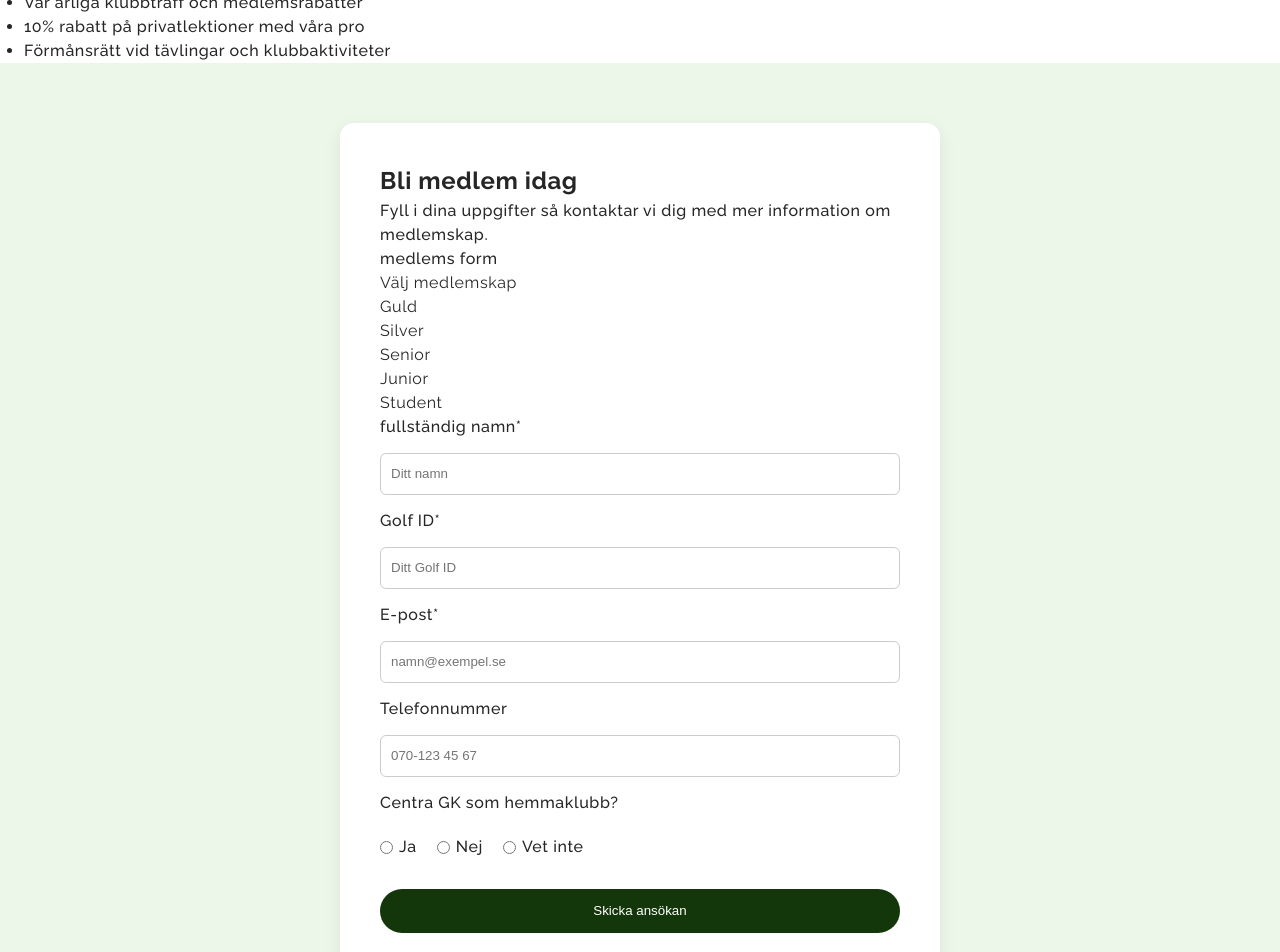
Repository: Tamana831/GolfklubbCentar
Page: Medlem.html
The author's editor kept a copy of each file at every save. The page is drawn from the files as they stood at one save, then again after the next save.
The browser window is 1280 px wide. The pictures show the part of the page from y = 1361 to 2313 px (the page is 2774 px tall before and 2630 px after).
A picture or video elsewhere on the page could not be fetched, so the positions and the page height are approximate.

Above is the page before, as saved 2025-10-23 23:16:49.

### Medlem.html
<!DOCTYPE html>
<html lang="sv">
  <head>
    <meta charset="UTF-8" />
    <meta name="viewport" content="width=device-width, initial-scale=1.0" />
    <title>Design element</title>
    <!-- variables.css och base.css måste ligga överst då vi vill att den ska läsas in först -->
    <link rel="stylesheet" href="styles/variables.css" />
    <link rel="stylesheet" href="styles/base.css" />
    <link rel="stylesheet" href="styles/medlem.css" />
  </head>
  <body>
    <!-- Sätter färg hela vägen ut -->
    <header class="bg-green-mid">
      <!-- Nedan div för att sätta maxbredd på sidan -->
      <nav class="container main-nav-wrapper">
        <a href="#"
          ><img
            src="images/centar_logotype_primary_dark.svg"
            alt="Centar logotype"
            class="logotype"
        /></a>
        <input type="checkbox" id="menu-toggle" />
        <label for="menu-toggle" class="menu-button-container">
          <span class="menu-button"></span>
          <!--inline-->
        </label>
        <div class="menu-wrapper">
            <ul>
            <li><a href="spelagolf.html">Spela Golf</a></li>
            <li><a href="medlem.html">Medlem</a></li>
            <li><a href="klubben.html">Klubben</a></li>
            <li><a href="tavling.html">Tävlingar</a></li>
            <li><a href="foretag.html">Företag</a></li>
            <li><a href="restaurang.html">Restaurang</a></li>
            <li><a href="golfshop.html">Golfshop</a></li>
            <li><a href="kontakt.html">Kontakt</a></li>
          </ul>
          <a href="#" class="button btn-primary-outline">Logga in</a>
        </div>
      </nav>
    </header>

  <!-- RUBRIK -->
    <section class="container">
      <div class="page-header">
        <h1 class="page-title">Medlemskap på Centar Golfklubb</h1>
      </div>
    </section>

    <!-- MEDLEMSKORT -->

    <section class="memberships">
    <p class="subtitle">Bli medlem — flera olika medlemskap och förmåner för 2025</p>
      <div class="container">
        <div class="cards-grid cards-grid-top">
          <article class="card">
            <h3>Guld</h3>
            <p class="card-text">Allt inklusive — obegränsad spelrätt, tillgång till träning och events.</p>
            <div class="price">7 900 kr</div>

          </article>

          <article class="card">
            <h3>Silver</h3>
            <p class="card-text">Flexibelt medlemskap med rabatter och viss spelrätt under lågsäsong.</p>
            <div class="price">7 500 kr</div>
          </article>

          <article class="card">
            <h3>Senior</h3>
            <p class="card-text">Särskilda villkor för seniorer — rabatter och sociala aktiviteter.</p>
            <div class="price">7 200 kr</div>
          </article>
        </div>

        <div class="cards-grid cards-grid-bottom">
          <article class="card small">
            <h4>Knatte</h4>
            <p class="card-text">För de yngsta — introduktion och lekfull träning.</p>
            <div class="price">790 kr</div>
          </article>

          <article class="card small">
            <h4>Junior</h4>
            <p class="card-text">Juniorträning, tävlingar och utvecklingsprogram.</p>
            <div class="price">750 kr</div>
          </article>

          <article class="card small">
            <h4>Student</h4>
            <p class="card-text">Studentrabatt och anpassade tider för träning.</p>
            <div class="price">750 kr</div>
          </article>

          <article class="card small">
            <h4>Senior</h4>
            <p class="card-text">Extra förmåner för äldre medlemmar.</p>
            <div class="price">2 200 kr</div>
          </article>
        </div>

        <div class="center-cta">
          <a class="btn-outline" href="#">Se medlemsvillkor och priser för alla medlemskap</a>
        </div>
      </div>
    </section>
    <!-- Image + benefits -->
    <section class="benefits">
      <div class="container benefits-inner">
        <div class="image-wrap">
          <!-- ersätt sökvägen med din bild -->
          <img src="assets/golf.jpg" alt="Golf green with ball">
        </div>

        <div class="benefits-text">
          <h2>Som medlem i Centar GK får du</h2>
          <ul>
            <li>Fri Rangekort i klubben (enligt medlemsvillkor)</li>
            <li>Vår årliga klubbträff och medlemsrabatter</li>
            <li>10% rabatt på privatlektioner med våra pro</li>
            <li>Förmånsrätt vid tävlingar och klubbaktiviteter</li>
          </ul>
        </div>
      </div>
    </section>
  </main>
   <!-- Medlemsansökan -->
<section class="membership-apply">
  <div class="apply-box">
    <h2>Bli medlem idag</h2>
    <p>Fyll i dina uppgifter så kontaktar vi dig med mer information om medlemskap.</p>

      <label for="membership">medlems form</label>
      <input type="hidden" value="Välj medlemskap">

        <option value="hidden">Välj medlemskap</option>
        <option value="guld">Guld</option>
        <option value="silver">Silver</option>
        <option value="senior">Senior</option>
        <option value="junior">Junior</option>
        <option value="student">Student</option>
      </select>
    <form class="apply-form">
      <label for="name">fullständig namn*</label>
      <input type="text" id="name" placeholder="Ditt namn" required>
      <label for="golf-id">Golf ID*</label>
      <input type="text" id="golf-id" placeholder="Ditt Golf ID" required>

      <label for="email">E-post*</label>
      <input type="email" id="email" placeholder="namn@exempel.se" required>

      <label for="phone">Telefonnummer</label>
      <input type="tel" id="phone" placeholder="070-123 45 67">

      <label>Centra GK som hemmaklubb?</label>
<div class="radio-group">
  <label><input type="radio" name="homeclub" value="ja"> Ja</label>
  <label><input type="radio" name="homeclub" value="nej"> Nej</label>
  <label><input type="radio" name="homeclub" value="vetinte"> Vet inte</label>
</div>


      <button type="submit">Skicka ansökan</button>
    </form>
  </div>
</section>

<!-- FOOTER -->
    <footer class="bg-green-dark">
      <div class="container text-white footer-wrapper">
        <nav class="foot-nav-wrapper body-sm">
          <div class="foot-nav-item foot-logo-wrapper">
            <a href="#"
              ><img
                src="/images/centar_logo_wordmark_neg.svg"
                alt="Centar logotype negative"
                class="logo-wordmark"
            /></a>
          </div>
          <section class="foot-nav-item">
            <h5 class="overline">Navigera</h5>
            <ul>
              <li><a href="#">Om klubben</a></li>
              <li><a href="#">Banan</a></li>
              <li><a href="#">Företag & Partners</a></li>
              <li><a href="#">Träna Golf</a></li>
              <li><a href="#">Gäst</a></li>
            </ul>
          </section>
          <section class="foot-nav-item">
            <h5 class="overline">Öppettider</h5>
            <p>Måndag – Lördag: 7.30-17.00</p>
            <p>Söndag: 7.30–16.00</p>
          </section>
          <section class="foot-nav-item">
            <h5 class="overline">Kontakt</h5>
            <a href="mailto:centar@info.se">info@centargolfklubb.se</a>
            <a href="tel:+123456789">012-345 678</a>
            <address>Bergkvarn<br />700 88 Örebro</address>
          </section>
          <section class="foot-nav-item">
            <h5 class="overline">Följ oss</h5>
            <ul>
              <li><a href="#">Instagram</a></li>
              <li><a href="#">Facebook</a></li>
              <li><a href="#">LinkedIn</a></li>
            </ul>
          </section>
        </nav>
        <div class="byline-wrapper text-center">
          <p>
            &copy; 2025 | Designad och utvecklad av Emma Golander, Josefin
            Holgersson, Tim Hugdahl, Tamana Mohammadi  | webd25jon TUC | HTML
            och CSS med agila utvecklingsmetoder
          </p>
        </div>
      </div>
    </footer>
  </body>
</html>

### styles/variables.css
/* Variabler. I och med att vi lägger det i root så går de att nå i alla css-filer.*/
:root {
  /* FÄRGER */
  --color-green-dark: #13360a;
  --color-green-mid: #b3d6aa;
  --color-green-light: #ecf6e9;
  --color-green-accent: #14bf71;

  --color-blue-mid: #c8e0e8;
  --color-blue-light: #e4f0f4;
  --color-beige-light: #f4f3e9;

  --color-text-black: #262626;
  --color-text-grey: #3d3d3d;
  --color-text-white: #ffffff;

  /* SPACING */
  --space-xxs: 0.5rem; /* 8px, minsta avstånd, typ ikoner, små knappar*/
  --space-xs: 1rem; /* 16px, litet avstånd, tex mellan text och knapp  */
  --space-sm: 1.5rem; /* 24px, lite större, ofta mellan rubrik och text */
  --space-md: 2.5rem; /* 40px, ännu lite större, ofta mellan större rubrik och text */
  --space-lg: 3.5rem; /* 56px */
  --space-xl: 5rem; /* 80px, större block, typ mellan sektioner*/
  --space-xxl: 7.5rem; /* 120px, stort avstånd mellan sektioner */
}

### styles/base.css
@import url("https://fonts.googleapis.com/css2?family=Raleway:ital,wght@0,100..900;1,100..900&display=swap");
/* Reset */
* {
  box-sizing: border-box;
  margin: 0;
  padding: 0;
  line-height: 1.5;
}

body {
  color: var(--color-text-black); /* Textfärg för hela sidan */
  font-family: "Raleway", sans-serif;
  font-weight: 500;
  letter-spacing: 0.6px;
  -webkit-font-smoothing: antialiased;
  -moz-osx-font-smoothing: grayscale;
}

/* Klassen container styr sidans maxbredd. */
.container {
  margin: 0 auto;
  max-width: 1280px;
  /* Är det för tight padding i mobil?? */
  padding-left: var(--space-sm);
  padding-right: var(--space-sm);
}
/* @media (min-width: 768px) {
  .container {
    padding-left: var(--space-sm);
    padding-right: var(--space-sm);
  }
} */

/* ---------- BAKGRUNDSFÄRG styling  ---------- */
/* Gör vad som känns enklast, antingen med klass på html-elmentet eller med hjälp av css direkt på elementet. */
.bg-green-dark {
  background-color: var(--color-green-dark);
}
.bg-green-mid {
  background-color: var(--color-green-mid);
}
.bg-green-light {
  background-color: var(--color-green-light);
}
.bg-blue-mid {
  background-color: var(--color-blue-mid);
}
.bg-blue-light {
  background-color: var(--color-blue-light);
}
.bg-beige-light {
  background-color: var(--color-beige-light);
}

/* ---------- TEXT styling ---------- */
/* Utgår från mobil och skalar upp, se media queries */
/* text- för rubriker */
.text-xxl,
.text-xl,
.text-lg,
.text-md,
.text-sm {
  font-weight: 600;
  letter-spacing: normal; /* nollställer letter-spacing som är satt i body */
  line-height: 1.25;
}
.text-xxl {
  font-size: 2.5rem; /* 40px mobil, 64px desktop */
}
.text-xl {
  font-size: 2rem; /* 32px mobil, 48px desktop */
  margin-bottom: var(--space-md);
}
.text-lg {
  font-size: 1.75rem; /* 28px mobil, 32px desktop */
  margin-bottom: var(--space-sm);
}
.text-md {
  font-size: 1.25rem; /* 20px mobil, 24px desktop */
  margin-bottom: var(--space-xs);
}
.text-sm {
  font-size: 1rem; /* 16px */
  margin-bottom: var(--space-xs);
}
/* body- för brödtext och ingress */
.body-sm {
  font-size: 0.875rem; /* 14px */
}
.body {
  font-size: 1rem; /* 16px */
}
.body-lg {
  font-size: 1rem; /* 16px mobil, 20px desktop */
}
.overline {
  font-size: 1rem; /* 16px */
  font-weight: 500;
  text-transform: uppercase;
  letter-spacing: 1px;
}
/* Större px-storlek från tablet och uppåt */
@media (min-width: 768px) {
  .text-xxl {
    font-size: 4rem; /* 64px */
  }
  .text-xl {
    font-size: 3rem; /* 48px */
  }
  .text-lg {
    font-size: 2rem; /* 32px */
  }
  .text-md {
    font-size: 1.5rem; /* 24px */
  }
  .body-lg {
    font-size: 1.25rem; /* 20px */
  }
}
/* Hjälpklasser */
.text-center {
  text-align: center;
}
.text-white {
  color: var(--color-text-white);
}
.bold {
  font-weight: 700;
}
/* ----------  BUTTONS ---------- */
/* Grundstyling som gäller alla knappar (a-taggar och buttons) */
.button {
  /* Button reset */
  appearance: none; /* tar bort systemets knappstil. */
  -webkit-appearance: none; /* för Safari */
  -moz-appearance: none; /* för Firefox */
  border: none;
  font: inherit; /* Ärver samma font som sidan */
  /* Sätter fast höjd på knappar och justerar in med flex, så man vet att alla knappat alltid är lika höga. */
  height: 42px;
  width: fit-content;
  max-width: 100%;
  display: flex;
  justify-content: center;
  align-items: center;
  text-decoration: none;
  font-weight: 600;
  text-align: center;
  border-radius: 999px;
  padding: 0 var(--space-md); /* Enbart padding i sidled pga fast höjd och flex*/
  cursor: pointer;
  will-change: transform;
  transition: background-color 0.25s ease, transform 0.15s ease;
}
.button:hover {
  transform: scale(1.03);
}
.btn-primary {
  /* Mörkgrön */
  background-color: var(--color-green-dark);
  color: var(--color-beige-light);
}
.btn-cta {
  background-color: var(--color-green-accent);
  color: var(--color-text-white);
}
.btn-primary:hover,
.btn-cta:hover {
  background-color: color-mix(in srgb, var(--color-green-accent) 85%, black);
}
.btn-primary-outline {
  /* Mörkgrön outline */
  border: 2px solid var(--color-green-dark);
  background-color: transparent;
  color: var(--color-green-dark);
}
.btn-primary-outline:hover {
  background-color: var(--color-green-dark);
  color: var(--color-beige-light);
}
/* Focus ring t.ex. när man tabbar sig fram */
.button:focus-visible {
  outline: 3px solid color-mix(in srgb, var(--color-green-accent) 70%, white);
  outline-offset: 3px;
}
@media (max-width: 420px) {
  .button {
    height: auto;
    min-height: 42px;
    padding: 0.5rem var(--space-md);
    white-space: normal;
    line-height: 1.2;
  }
}

/* ---------- NAVIGATION ---------- */
.main-nav-wrapper {
  display: flex;
  justify-content: space-between;
  align-items: center;
  position: relative;
  padding-top: var(--space-sm);
  padding-bottom: var(--space-sm);
}
.logotype {
  width: 140px;
  /* Tar bort margin i botten på bild */
  display: block;
}
.menu-wrapper {
  position: absolute;
  top: 100%; /* lägger meny precis under nav */
  left: 0;
  right: 0;
  background-color: var(--color-green-mid);
  border-top: 1px solid var(--color-green-dark);
  box-shadow: 0 4px 16px 0 rgba(0, 0, 0, 0.08);
  display: flex;
  flex-direction: column;
  padding: var(--space-sm) var(--space-sm) var(--space-lg) var(--space-sm);
  gap: var(--space-xs); /* Avstånd mellan meny och knapp */
  /* Animerar opaciteten */
  max-height: 0;
  opacity: 0;
  overflow: hidden;
  transition: all 700ms cubic-bezier(0.23, 1, 0.32, 1);
}
.menu-wrapper li {
  list-style: none;
  font-size: 1.25rem;
  margin-bottom: var(--space-xs);
}
.menu-wrapper a {
  text-decoration: none;
  color: var(--color-green-dark);
  font-weight: 600;
  transition: background-color 0.5s;
}
.menu-wrapper li a:hover,
.menu-wrapper li a.current {
  padding-bottom: 4px;
  border-bottom: 2px solid var(--color-green-dark);
}
/* Styling hamburgerikon */
.menu-button-container {
  height: 100%;
  width: 32px;
  cursor: pointer;
  display: flex;
  flex-direction: column;
  justify-content: center;
  align-items: center;
}
/* Döljer själva checkboxen*/
#menu-toggle {
  display: none;
}
/* Checkbox (hamburgermenyn) kryssad, menyn visas */
#menu-toggle:checked ~ .menu-wrapper {
  max-height: 600px;
  opacity: 1;
}
/* Hamburgerikonens transformation till ett "X" */
#menu-toggle:checked + .menu-button-container .menu-button::before {
  margin-top: 0;
  transform: rotate(45deg);
}
#menu-toggle:checked + .menu-button-container .menu-button {
  background: transparent;
}
#menu-toggle:checked + .menu-button-container .menu-button::after {
  margin-top: 0;
  transform: rotate(-45deg);
}
/* Stylar "strecken" i hamburgermenyn  */
.menu-button,
.menu-button::before,
.menu-button::after {
  display: block;
  background-color: var(--color-green-dark);
  position: absolute;
  height: 3px;
  width: 30px;
  border-radius: 2px;
  transition: transform 400ms cubic-bezier(0.23, 1, 0.32, 1);
}
.menu-button::before {
  content: "";
  margin-top: -8px;
}
.menu-button::after {
  content: "";
  margin-top: 8px;
}
/* Desktop */
@media (min-width: 1024px) {
  .main-nav-wrapper {
    align-items: flex-start;
    padding-top: var(--space-md);
    padding-bottom: var(--space-md);
  }
  .logotype {
    width: 200px;
    padding-right: var(--space-md);
  }
  .menu-button-container {
    display: none; /* Döljer hamburgarikon */
  }
  .menu-wrapper {
    position: static;
    background-color: transparent;
    display: flex;
    flex-direction: row;
    align-items: flex-start;
    padding: 0;
    gap: var(--space-md); /* Avstånd mellan meny och knapp */
    box-shadow: none;
    border-top: none;
    /* Återställer styling för animering */
    max-height: none;
    opacity: 1;
    overflow: visible;
    transition: none;
  }
  .menu-wrapper ul {
    display: flex;
    flex-wrap: wrap;
    justify-content: center;
    align-items: center;
    column-gap: var(--space-sm);
    row-gap: var(--space-xs);
  }
  .menu-wrapper li {
    margin-bottom: 0;
    font-size: 1rem;
  }
  .menu-wrapper .button {
    min-width: 160px; /* Måste sätta bredd annars vill texten hamna på två rader */
  }
}
@media (min-width: 1200px) {
  .main-nav-wrapper {
    align-items: center;
  }
  .menu-wrapper {
    align-items: center;
  }
}

/* Exempel-styling */
.hero {
  display: flex;
  flex-direction: column;
  justify-content: center;
  align-items: center;
  background-color: plum; /* Färg och höjd för att man ska se något nu.*/
  height: 500px;
  margin-bottom: var(--space-xl);
}
.btn-wrapper {
  display: flex;
  gap: var(--space-xs);
}

/* ----------  FOOTER ---------- */
/* Container-klassen styr padding i sidled så sätter top och bottom här. */
.footer-wrapper {
  padding-top: var(--space-xl);
  padding-bottom: var(--space-md);
}
.foot-nav-wrapper {
  display: grid; /* Grid aktiverad från start */
  grid-template-columns: 1fr;
  gap: var(--space-md); /* Mellanrum mellan sektioner */
  margin-bottom: var(--space-md);
}
footer .logo-wordmark {
  width: 100px;
}
footer .overline {
  margin-bottom: var(--space-xxs);
}
.foot-nav-item a,
.foot-nav-item p,
.foot-nav-item address {
  margin-bottom: var(--space-xxs);
  font-style: normal;
}
.foot-nav-item li {
  list-style: none;
}
.foot-nav-item a {
  display: block;
  text-decoration: none;
  color: var(--color-text-white);
}
.foot-nav-item a:hover {
  text-decoration: underline;
}
.byline-wrapper {
  border-top: 0.5px solid var(--color-beige-light);
}
.byline-wrapper p {
  font-size: 0.75rem;
  padding-top: var(--space-sm);
}
/* Tablet */
@media (min-width: 768px) {
  .foot-nav-wrapper {
    grid-template-columns: repeat(3, 1fr);
  }
  .foot-logo-wrapper {
    grid-column: span 3;
  }
}
/* Desktop */
@media (min-width: 1200px) {
  .foot-nav-wrapper {
    grid-template-columns: repeat(5, 1fr);
  }
  .foot-logo-wrapper {
    grid-column: span 1;
  }
}

### styles/Medlem.css
/* ---- Sektion Bakgrund + Centrering ---- */
.memberships {
  background: var(--color-blue-light);
  padding: 4rem 0;
}

.page-header,
.subtitle {
  text-align: center;
  text-wrap: none;
  margin-bottom: 3rem;
}

.subtitle {
  font-size: 1.1rem;
  color: var(--color-green-dark);
}

/* ---- GRID ---- */
.cards-grid {
  display: grid;
  gap: 2rem;
  margin-bottom: 3rem;
}

.cards-grid-top {
  grid-template-columns: repeat(3, 1fr);
}

.cards-grid-bottom {
  grid-template-columns: repeat(4, 1fr);
}

@media (max-width: 900px) {
  .cards-grid-top { grid-template-columns: 1fr; }
  .cards-grid-bottom { grid-template-columns: 1fr; }
}

/* ---- CARD DESIGN ---- */
.card {
  background: #fff;
  padding: 2rem;
  border-radius: 14px;
  box-shadow: 0 6px 18px rgba(0,0,0,0.06);
  text-align: center;
}

.card h3,
.card h4 {
  margin-bottom: .5rem;
}

.card-text {
  font-size: .95rem;
  margin-bottom: 1.5rem;
  color: #444;
}

.price {
  font-weight: 700;
  font-size: 1.4rem;
  color: var(--color-green-dark);
}

/* ---- CTA KNAPP ---- */
.center-cta {
  text-align: center;
}

.center-cta .btn-outline {
  display: inline-block;
  padding: .8rem 2rem;
  border: 2px solid var(--color-green-dark);
  border-radius: 999px;
  text-decoration: none;
  font-weight: 600;
  color: var(--color-green-dark);
}
.center-cta .btn-outline:hover {
  background: var(--color-green-dark);
  color: white;
}
.membership-apply {
  background:  #ECF6E9;
  padding: 60px 0;
}

.apply-box {
  max-width: 600px;
  margin: 0 auto;
  background: #fff;
  padding: 40px;
  border-radius: 14px;
  box-shadow: 0 6px 18px rgba(0,0,0,0.08);
}

.apply-form {
  display: flex;
  flex-direction: column;
  gap: 14px;
}

.apply-form input,
.apply-form select {
  padding: 10px;
  border: 1px solid #ccc;
  border-radius: 6px;
}

.radio-group {
  display: flex;
  gap: 20px;
  padding: 6px 0;
}

.radio-group label {
  display: flex;
  align-items: center;
  gap: 6px;
}

.apply-form button {
  margin-top: 10px;
  background: var(--color-green-dark);
  color: white;
  padding: 12px;
  border: none;
  border-radius: 999px;
  cursor: pointer;
}
.apply-form button:hover {
  background: var(--color-green-accent);
}

After the next save:
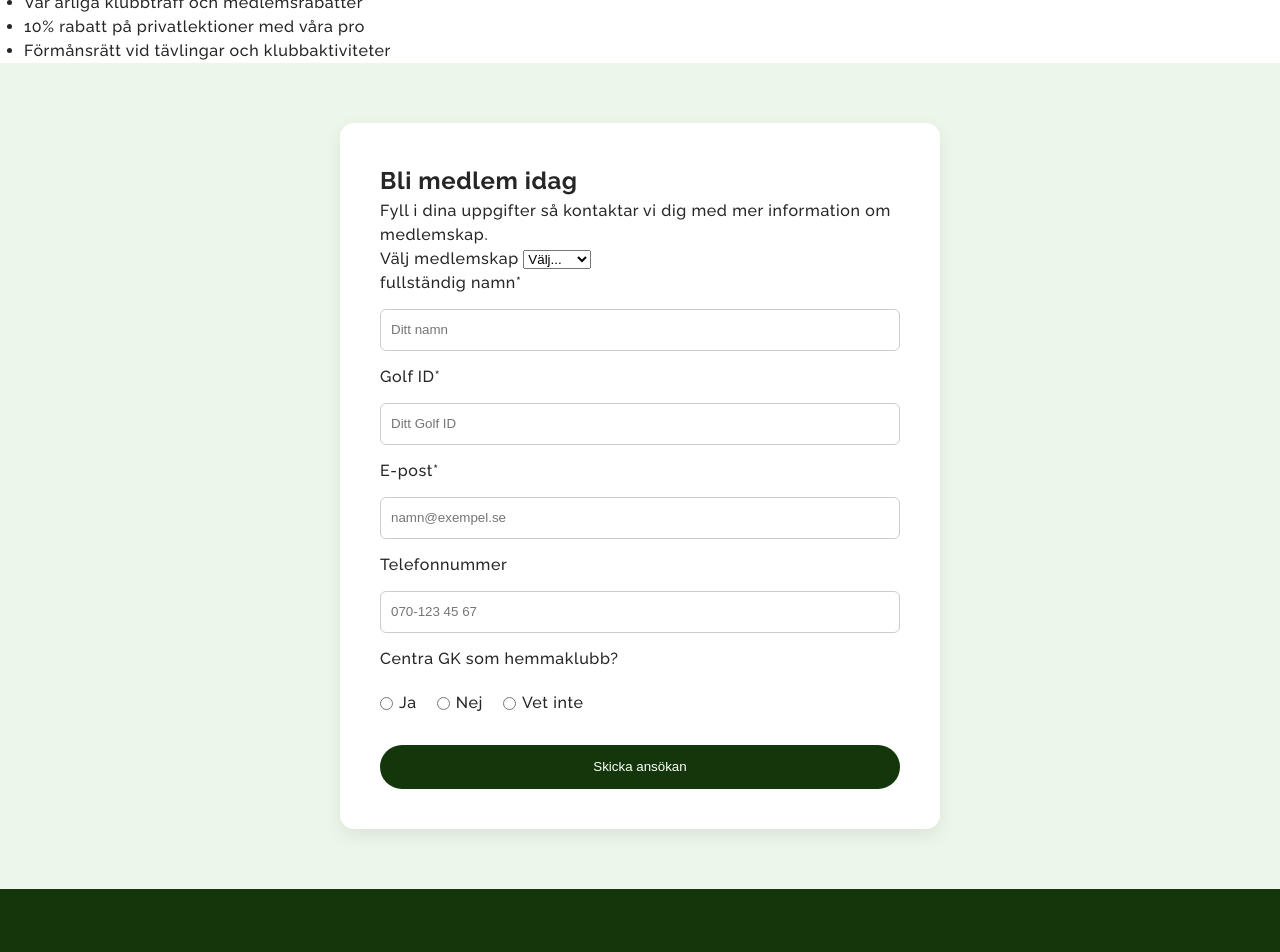
Saved 86 s later.
--- a/Medlem.html
+++ b/Medlem.html
@@ -131,16 +131,16 @@
     <h2>Bli medlem idag</h2>
     <p>Fyll i dina uppgifter så kontaktar vi dig med mer information om medlemskap.</p>
 
-      <label for="membership">medlems form</label>
-      <input type="hidden" value="Välj medlemskap">
-
-        <option value="hidden">Välj medlemskap</option>
-        <option value="guld">Guld</option>
-        <option value="silver">Silver</option>
-        <option value="senior">Senior</option>
-        <option value="junior">Junior</option>
-        <option value="student">Student</option>
-      </select>
+     <label for="membership">Välj medlemskap</label>
+<select id="membership" class="form-input">
+  <option value="">Välj...</option>
+  <option value="guld">Guld</option>
+  <option value="silver">Silver</option>
+  <option value="senior">Senior</option>
+  <option value="junior">Junior</option>
+  <option value="student">Student</option>
+</select>
+
     <form class="apply-form">
       <label for="name">fullständig namn*</label>
       <input type="text" id="name" placeholder="Ditt namn" required>
